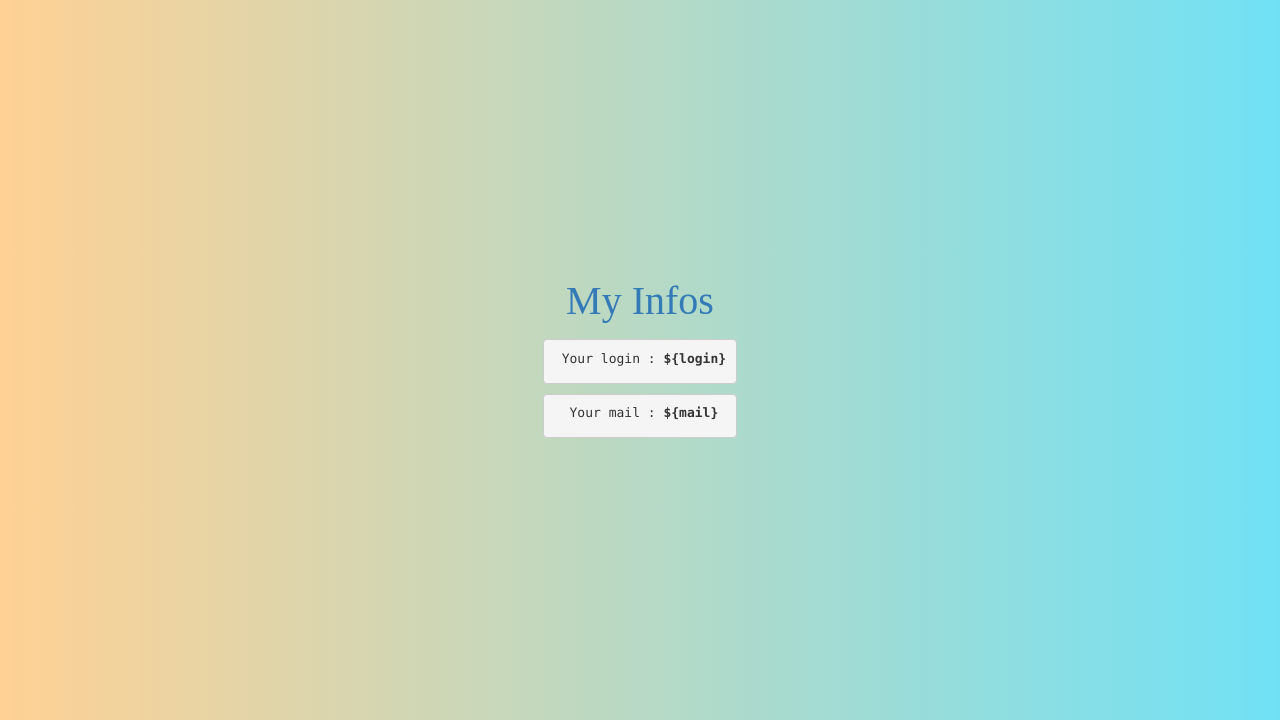
Repository: Bilal955/Dar_projet_framework
Page: projet_test/Ressources/profile.html
These files come from the project's save history. The page is drawn as it stood at one moment and after the next save; the edit follows.
The browser window is 1280 px wide. The pictures show the whole page.
Some web libraries are served in a nearby version.

Above is the page before, as saved 2017-03-17 15:53:20.

After the next save:
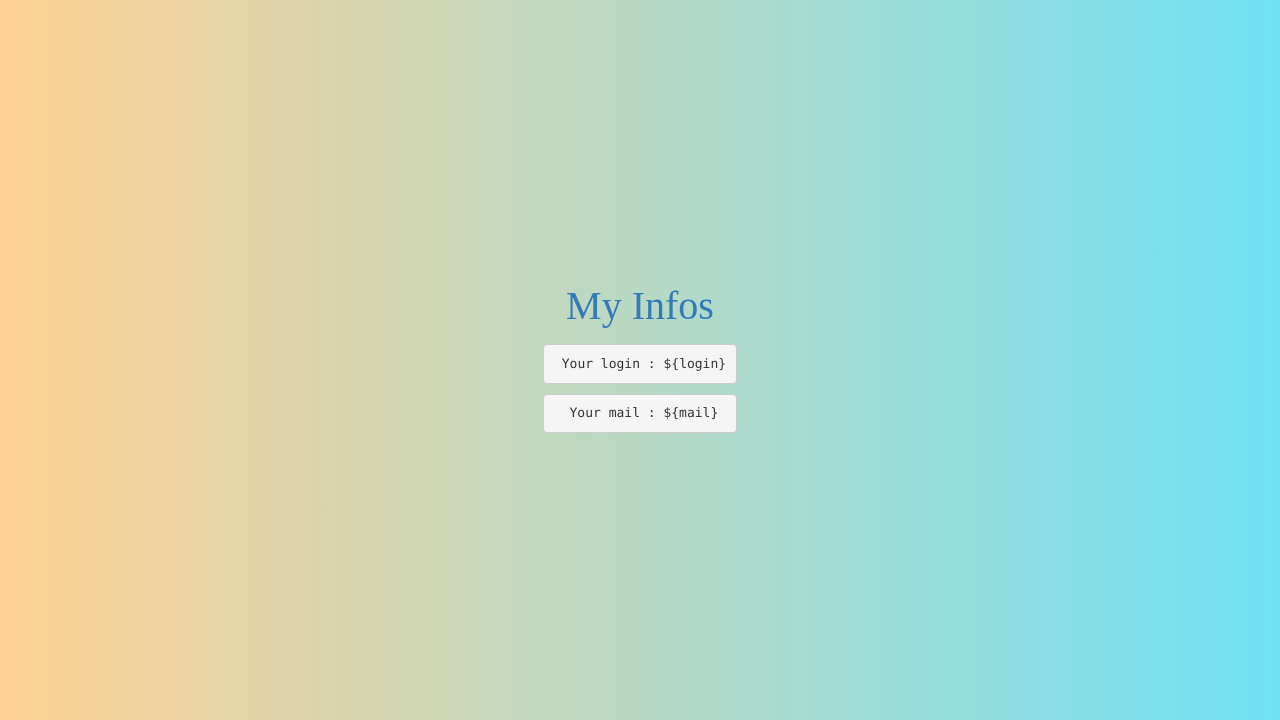
Saved 48 min 56 s later.
--- a/projet_test/Ressources/profile.html
+++ b/projet_test/Ressources/profile.html
@@ -42,7 +42,7 @@
 
 			<div class="row">
 				<div id="infos">
-					<pre> Your login : <label for="login">${login}</label></pre><pre> Your mail : <label for="mail">${mail}</label></pre>
+					<pre> Your login : ${login}</pre><pre> Your mail : ${mail}</pre>
 				</div>
 			</div>
 		</div>
